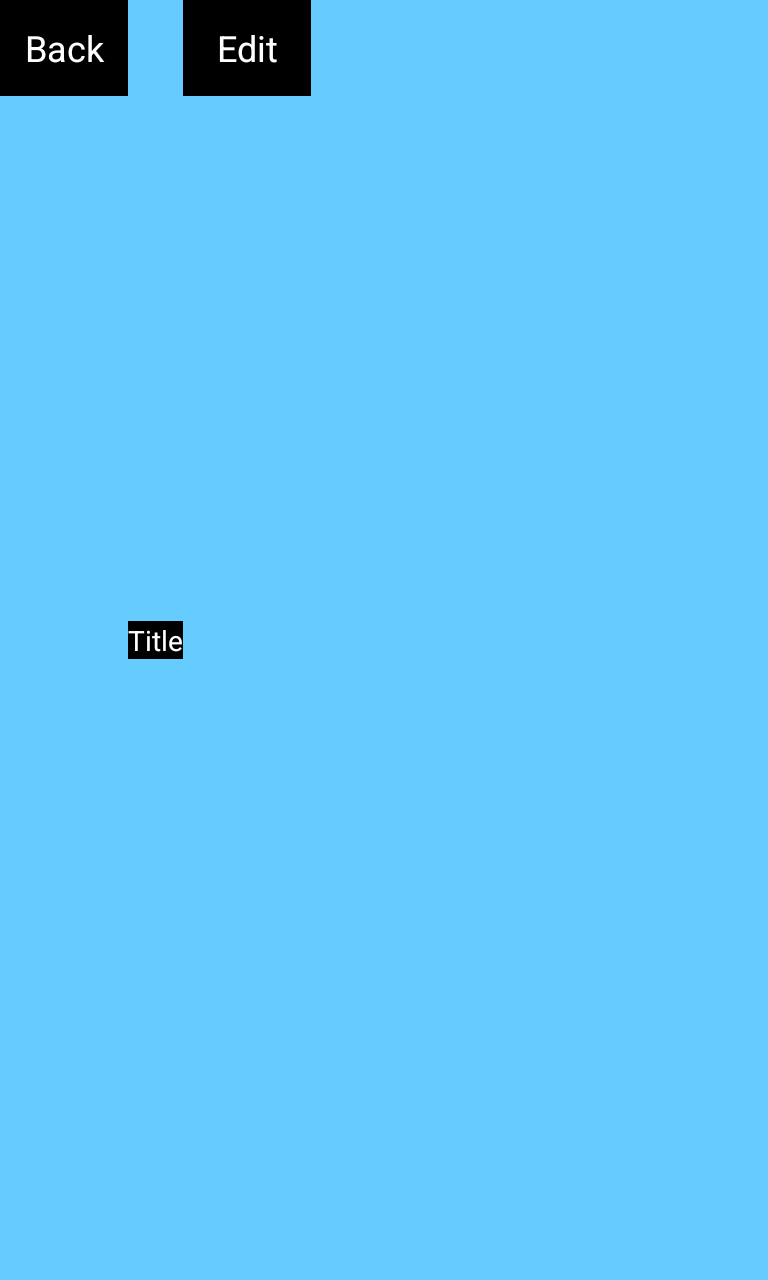
Repository: Ollyder/eclipse_work
Layout: TableLayout/res/layout/title.xml
An editor plug-in stored every save of this project. The layout is shown before and after the next save, followed by the edit.
It is drawn on a 768 x 1280 px phone screen (xhdpi) without system bars, with theme AppTheme; the app's code is not run.

Above is the layout before, as saved 2017-05-28 04:46:27.

### TableLayout/res/layout/title.xml
<?xml version="1.0" encoding="utf-8"?>
<LinearLayout xmlns:android="http://schemas.android.com/apk/res/android"
    android:layout_width="match_parent"
    android:layout_height="wrap_content"
    android:background="#66ccff"
    android:orientation="horizontal" >

    <Button
        android:id="@+id/title_button1"
        android:layout_width="wrap_content"
        android:layout_height="wrap_content"
        android:layout_gravity="left"
        android:background="#000000"
        android:textColor="#ffffff"
        android:text="Back" />

    <TextView
        android:id="@+id/title_text_view1"
        android:layout_width="wrap_content"
        android:layout_height="wrap_content"
        android:layout_gravity="center"

        android:background="#000000"
        android:textColor="#ffffff"
        android:text="Title" />

    <Button
        android:id="@+id/title_button2"
        android:layout_width="wrap_content"
        android:layout_height="wrap_content"
        android:layout_gravity="right"

        android:background="#000000"
        android:textColor="#ffffff"
        android:text="Edit" />

</LinearLayout>

Loaded but not shown: TableLayout/res/values/styles.xml (common file); TableLayout/res/values-v11/styles.xml (common file); TableLayout/res/values-v14/styles.xml (common file)

After the next save:
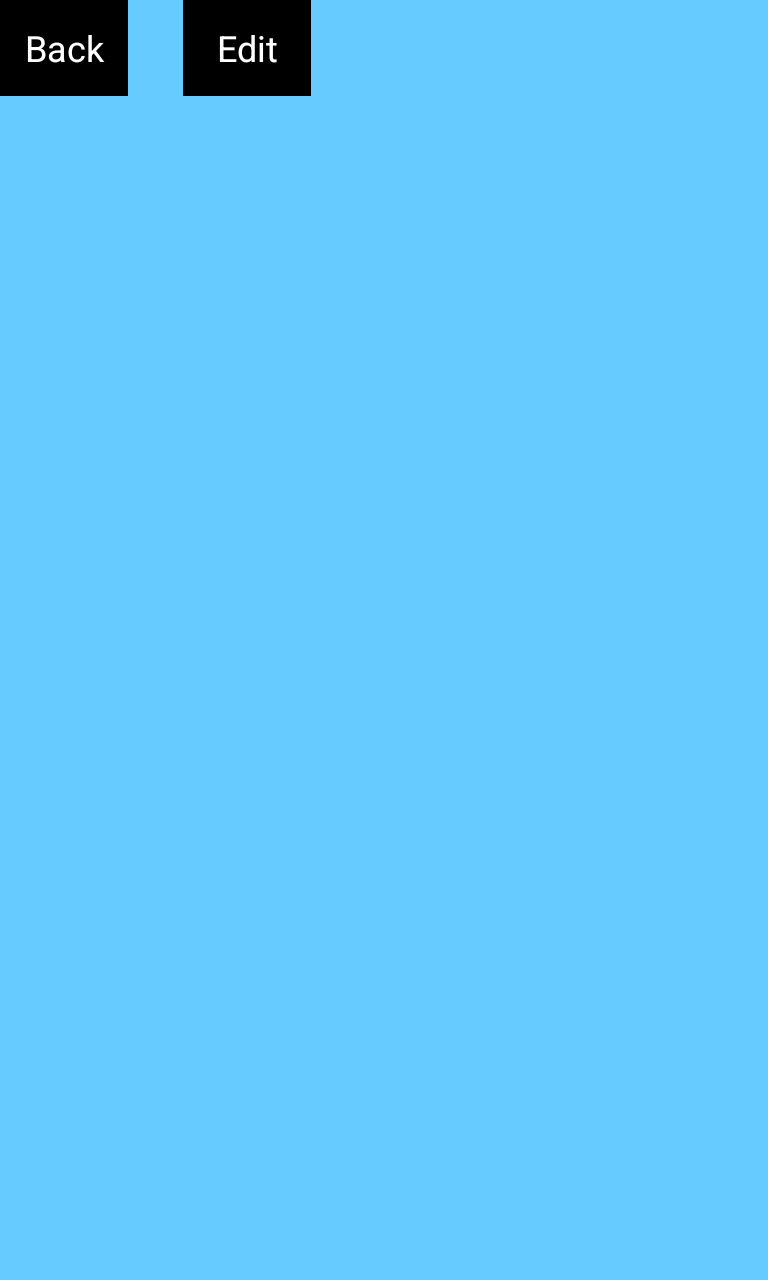
Saved 2 min 4 s later.
--- a/TableLayout/res/layout/title.xml
+++ b/TableLayout/res/layout/title.xml
@@ -17,9 +17,8 @@
     <TextView
         android:id="@+id/title_text_view1"
         android:layout_width="wrap_content"
-        android:layout_height="wrap_content"
+        android:layout_height="match_content"
         android:layout_gravity="center"
-
         android:background="#000000"
         android:textColor="#ffffff"
         android:text="Title" />
@@ -28,10 +27,8 @@
         android:id="@+id/title_button2"
         android:layout_width="wrap_content"
         android:layout_height="wrap_content"
-        android:layout_gravity="right"
-
         android:background="#000000"
-        android:textColor="#ffffff"
-        android:text="Edit" />
+        android:text="Edit"
+        android:textColor="#ffffff" />
 
 </LinearLayout>
